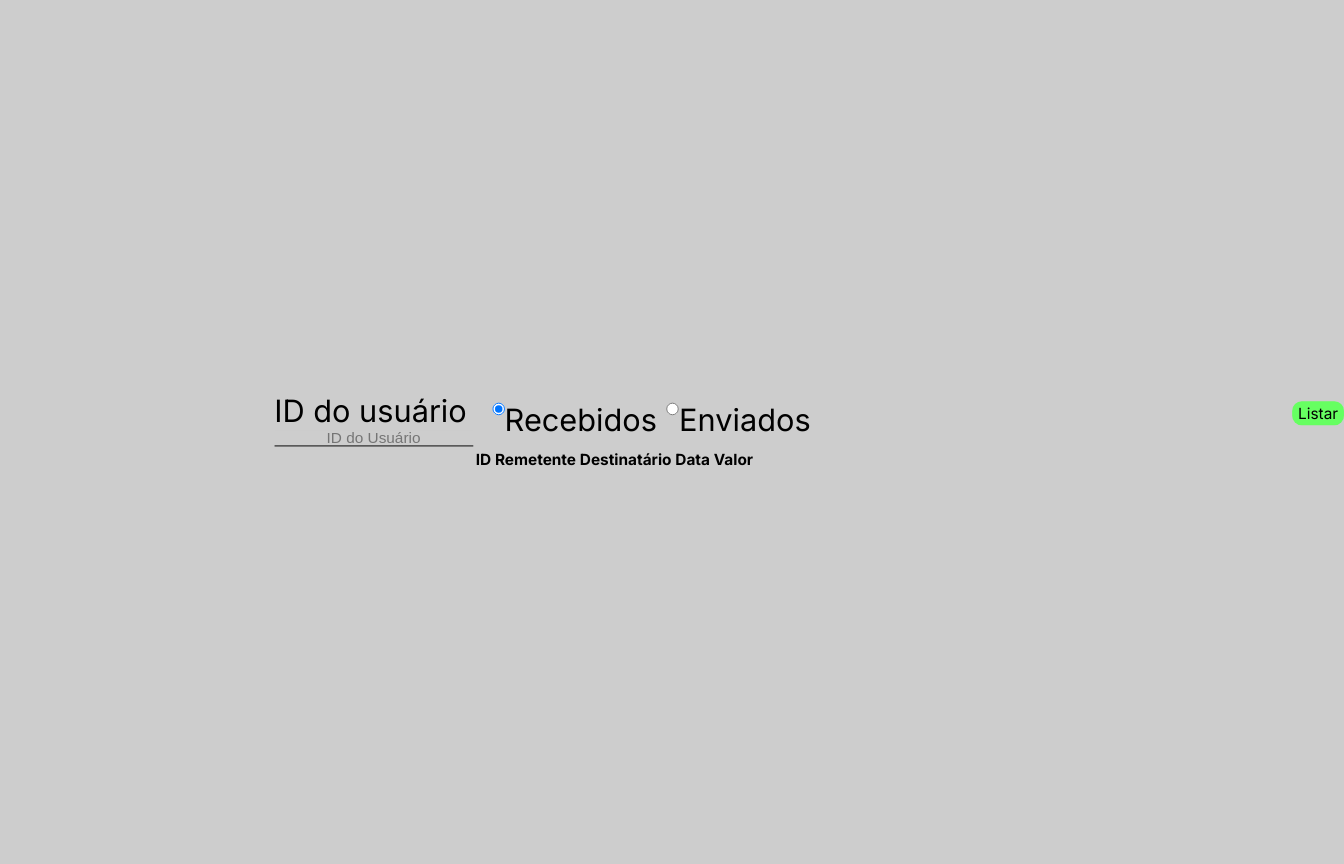
Repository: mateusilva8/tarefa-pix
Page: frontend/index.html
These files come from the project's save history. The page is drawn as it stood at one moment and after the next save; the edit follows.
The browser window is 1280 px wide. The page is 1400 px wide, then 1280 px, so the pictures cover 1400 px, including what lies to the right of the window. The pictures show the whole page, at 96% of full size.

Above is the page before, as saved 2023-10-22 15:16:34.

### frontend/index.html
<!DOCTYPE html>
<html lang="pt-BR">
<head>
  <meta charset="UTF-8">
  <meta name="viewport" content="width=device-width, initial-scale=1.0">
  <title>CRIE_TI PIX</title>
  <link rel="stylesheet" href="./css/index.css">
  <link rel="preconnect" href="https://fonts.googleapis.com">
  <link rel="preconnect" href="https://fonts.gstatic.com" crossorigin>
  <link href="https://fonts.googleapis.com/css2?family=Inter:wght@400;700&display=swap" rel="stylesheet">
</head>
<body>
  <div class="container">

    <div class="formulario">
      <form id="formulario">
        <div class="formulario-input">
          <label for="id">ID do usuário</label>
          <input class="idInput" type="number" placeholder="ID do Usuário" id="id"></input>
        </div>
        <div class="formulario-body">
          <div class="formulario-select">
            <div class="form-check">
              <input class="form-check-input" type="radio" name="exampleRadios" id="exampleRadios1" value="received" checked>
              <label class="form-check-label" for="exampleRadios1">Recebidos</label>
            </div>

            <div class="form-check">
              <input class="form-check-input" type="radio" name="exampleRadios" id="exampleRadios2" value="sent">
              <label class="form-check-label" for="exampleRadios2">Enviados</label>
            </div>
          </div>
          <button type="button" class="btn btn-success" id="botaoListar">Listar</button>
        </div>
      </form>
    </div>

    <table class="table table-bordered">
      <thead>
        <tr>
          <th scope="col">ID</th>
          <th scope="col">Remetente</th>
          <th scope="col">Destinatário</th>
          <th scope="col">Data</th>
          <th scope="col">Valor</th>
        </tr>
      </thead>
      <tbody id="pix-list"></tbody>
    </table>
  </div>



  <script src="https://code.jquery.com/jquery-3.3.1.slim.min.js" integrity="sha384-q8i/X+965DzO0rT7abK41JStQIAqVgRVzpbzo5smXKp4YfRvH+8abtTE1Pi6jizo" crossorigin="anonymous"></script>
  <script src="https://cdnjs.cloudflare.com/ajax/libs/popper.js/1.14.3/umd/popper.min.js" integrity="sha384-ZMP7rVo3mIykV+2+9J3UJ46jBk0WLaUAdn689aCwoqbBJiSnjAK/l8WvCWPIPm49" crossorigin="anonymous"></script>
  <script src="./js/index.js"></script>
</body>
</html>

### frontend/css/index.css
body {
    margin: 0;
    padding: 0;
    font-family: 'Inter', sans-serif;
    background-color: #cdcdcd;
}


.container {
    display: flex;
    flex-direction: column;
    height: 700px;
    margin: 100px;
    justify-content: center;
    align-items: center;
}

.formulario form {
    display: flex;
    flex-direction: row;
    align-items: center;
}

.form-check {
    display: flex;
    flex-direction: row;
}

.formulario {
    font-size: 2rem;
    display: flex;
    flex-direction: row;
    align-items: center;
    justify-content: center;
    width: 100%;
    vertical-align: bottom;
}

.formulario-input {
    display: flex;
    flex-direction: column;
}

.formulario-body {
    display: flex;
    flex-direction: row;
}

.formulario-select {
    height: 100%;
    display: flex;
    flex-direction: row;
    gap: 10px;
    margin-left: 20px;
}

input[type=number]::-webkit-inner-spin-button,
    input[type=number]::-webkit-outer-spin-button {
        -webkit-appearance: none;
        margin: 0;
    }

input {
    height: 1rem;
    margin: 0;
    padding: 0;
    border: none;
    border-bottom: 1px solid #000;
    outline: none;
    font-size: 1rem;
    text-align: center;
    background-color: #cdcdcd;

    &:focus {
        border-bottom: 2px solid #00f;
    }
}

.btn {
    width: 150px;
    height: 25px;
    font-size: 1rem;
    font-family: 'Inter';
    font-weight: 400;
    background-color: rgb(102, 255, 97);
    border: 0;
    border-radius: 10px;
    margin-left: 100%;
}

### frontend/js/index.js
let userId = document.getElementById('id');
let type = document.querySelector('#form-check-input:checked');

let form = document.getElementById('formulario');

let pixList = document.getElementById("pix-list");

async function getPixUsuario() {
    let payload = {
        userId: userId.value,
        type: form.exampleRadios.value,
      };

      console.log(JSON.stringify(payload));

      let resposta = await fetch(`http://localhost:3000/pix-api/pix/usuarios`, {
        method: 'POST',
        headers: {
            "Content-type" : 'application/json',
            "Acccept": 'appplication/json'
        },
        body: JSON.stringify(payload)
      });

      let listaPix = await resposta.json();

      console.log(listaPix);

    for (let pix of listaPix) {

      let tr = document.createElement("tr");
      let tdId = document.createElement("th");
      let tdRemetente = document.createElement("td");
      let tdDestinatario = document.createElement("td");
      let tdData = document.createElement("td");
      let tdValor = document.createElement("td");

      let id = pix.id;
      let remetente = pix.sender.name;
      let destinatario = pix.recipient.name;
      let data = pix.createdAt;
      let valor = `R$ ${pix.value}`;

      let dataHora = new Date(data);
      let dia = adicionarZero(dataHora.getDate());
      let mes = adicionarZero(dataHora.getMonth());
      let ano = adicionarZero(dataHora.getFullYear());
      let hora = `${adicionarZero(dataHora.getHours())}:${adicionarZero(dataHora.getMinutes())}`;

      let dataFormatada = `${dia}/${mes}/${ano} às ${hora}H`

      tdId.innerText = id;
      tdRemetente.innerText = remetente;
      tdDestinatario.innerText = destinatario;
      tdData.innerText = dataFormatada;
      tdValor.innerText = valor.replace('.',',');

      tr.appendChild(tdId);
      tr.appendChild(tdRemetente);
      tr.appendChild(tdDestinatario);
      tr.appendChild(tdData);
      tr.appendChild(tdValor);
      pixList.appendChild(tr);
    }
  }

  function adicionarZero (numero) {
    if(String(numero).length == 1) {
        numero = '0' + numero;
      }

    return numero;
  }

  let botaoListar = document.getElementById('botaoListar');
  botaoListar.addEventListener('click', () => {
    pixList.innerHTML = '';
    getPixUsuario();
  })

After the next save:
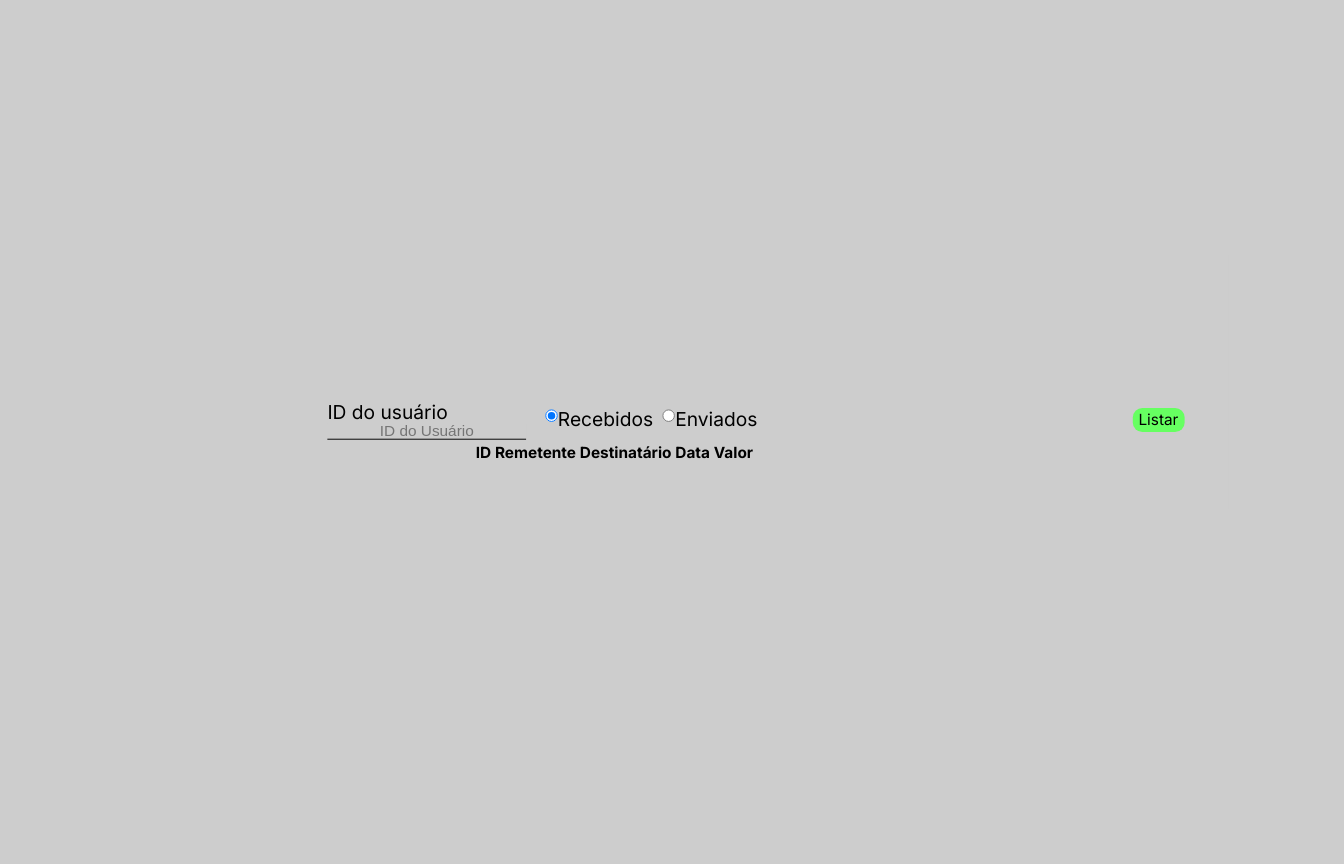
Saved 11 s later.
--- a/frontend/css/index.css
+++ b/frontend/css/index.css
@@ -27,7 +27,7 @@ body {
 }
 
 .formulario {
-    font-size: 2rem;
+    font-size: 20px;
     display: flex;
     flex-direction: row;
     align-items: center;
